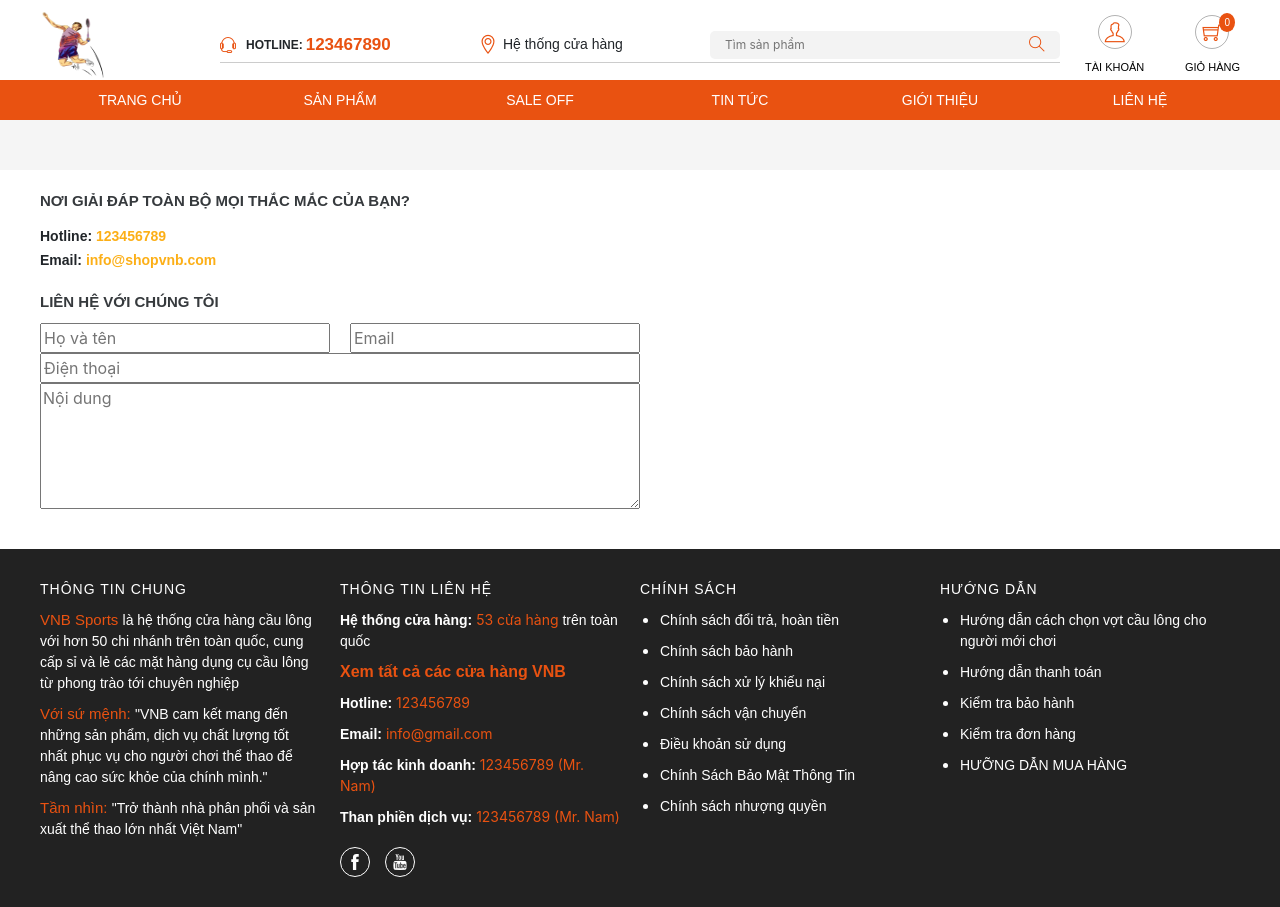
Repository: Namtran3107/CauLongSo1
Page: contact.html
These files come from the project's save history. The page is drawn as it stood at one moment and after the next save; the edit follows.
The browser window is 1280 px wide. The pictures show the whole page.

Above is the page before, as saved 2022-12-10 13:45:47.

After the next save:
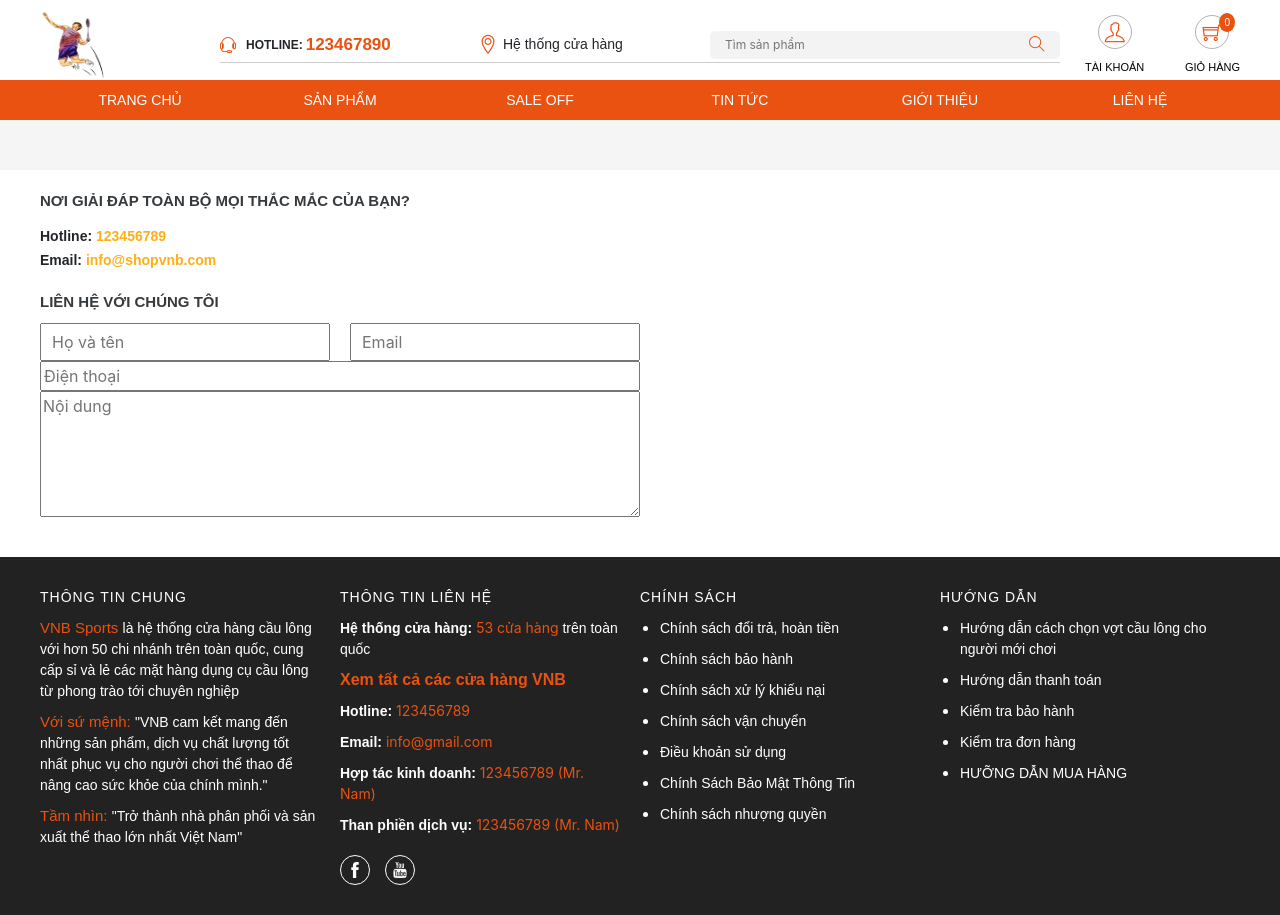
Saved 14 s later.
--- a/contact.css
+++ b/contact.css
@@ -35,6 +35,7 @@
 }
 .contact-input-name-and-email{
     width: calc(calc(100% / 2) - 10px);
+    padding: 5px 10px;
 }
 .contact-input-name-and-email-all{
     display: flex;
